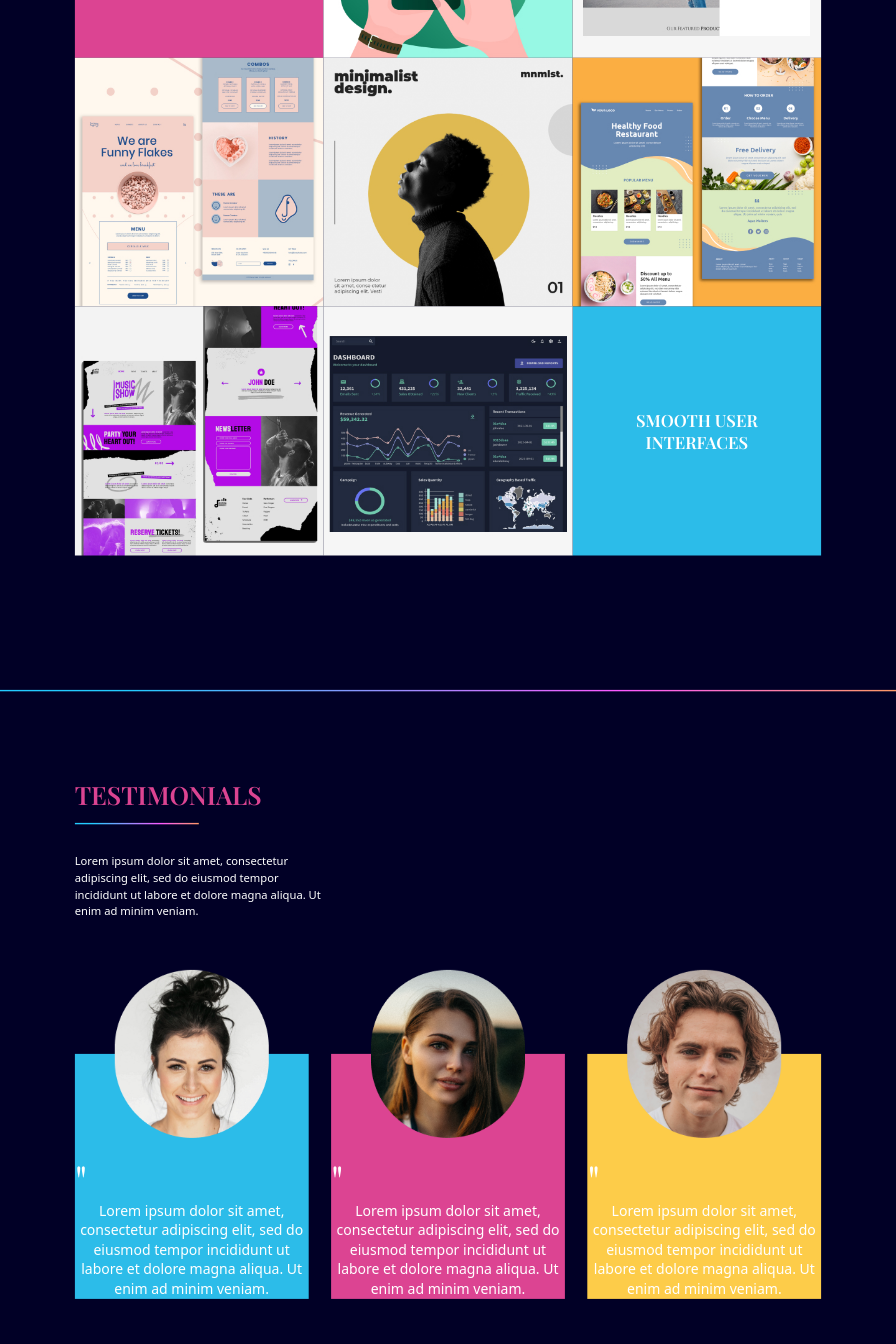
Repository: thibaultNicolas/portfolio-react
Page: /
The author's editor kept a copy of each file at every save. The page is drawn from the files as they stood at one save, then again after the next save.
The browser window is 1280 px wide. The pictures show the part of the page from y = 2251 to 4171 px (the page is 4171 px tall), at 70% of full size.
The project was rebuilt for these pictures with package versions that can differ from the ones it lists, and the page was loaded fresh each time. Also part of the build but not shown: next.config.ts.

Above is the page before, as saved 2023-01-08 12:06:45.

After the next save:
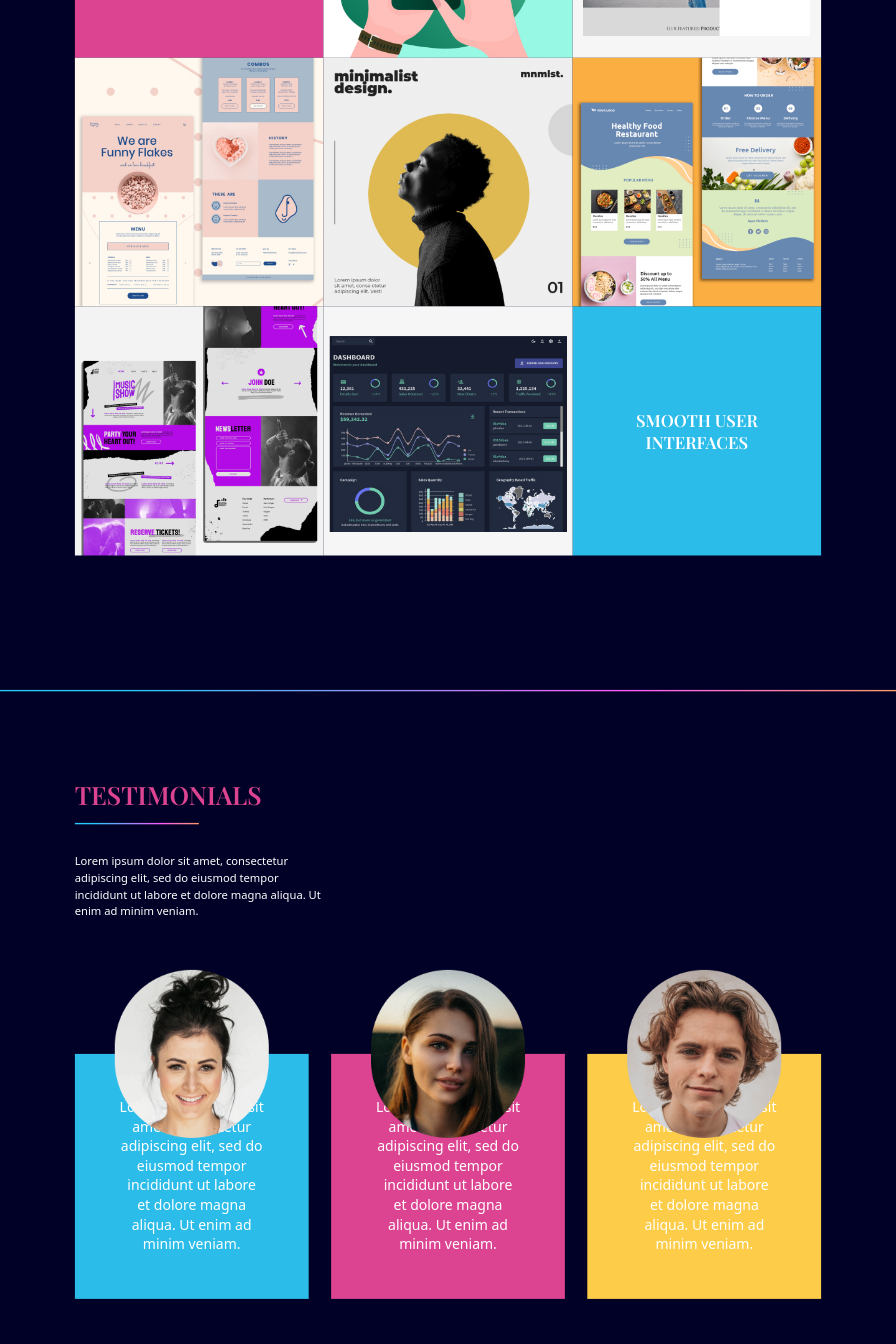
Saved 18 s later.
--- a/src/scenes/Testimonials.jsx
+++ b/src/scenes/Testimonials.jsx
@@ -2,7 +2,7 @@
 import { motion } from 'framer-motion';
 
 const Testimonials = () => {
-    const testimonialsStyles = `mx-auto relative max-w-[400px] h-[350px] flex flex-col justify-end pt-16 mt-48 before:absolute before:top-[-120px] before:-ml-[110px] before:left-1/2`;
+    const testimonialsStyles = `mx-auto relative max-w-[400px] h-[350px] flex flex-col justify-end p-16 mt-48 before:absolute before:top-[-120px] before:-ml-[110px] before:left-1/2`;
 
     return (
         <section id="testimonials" className="pt-32 pb-16">

After the 2 saves that followed:
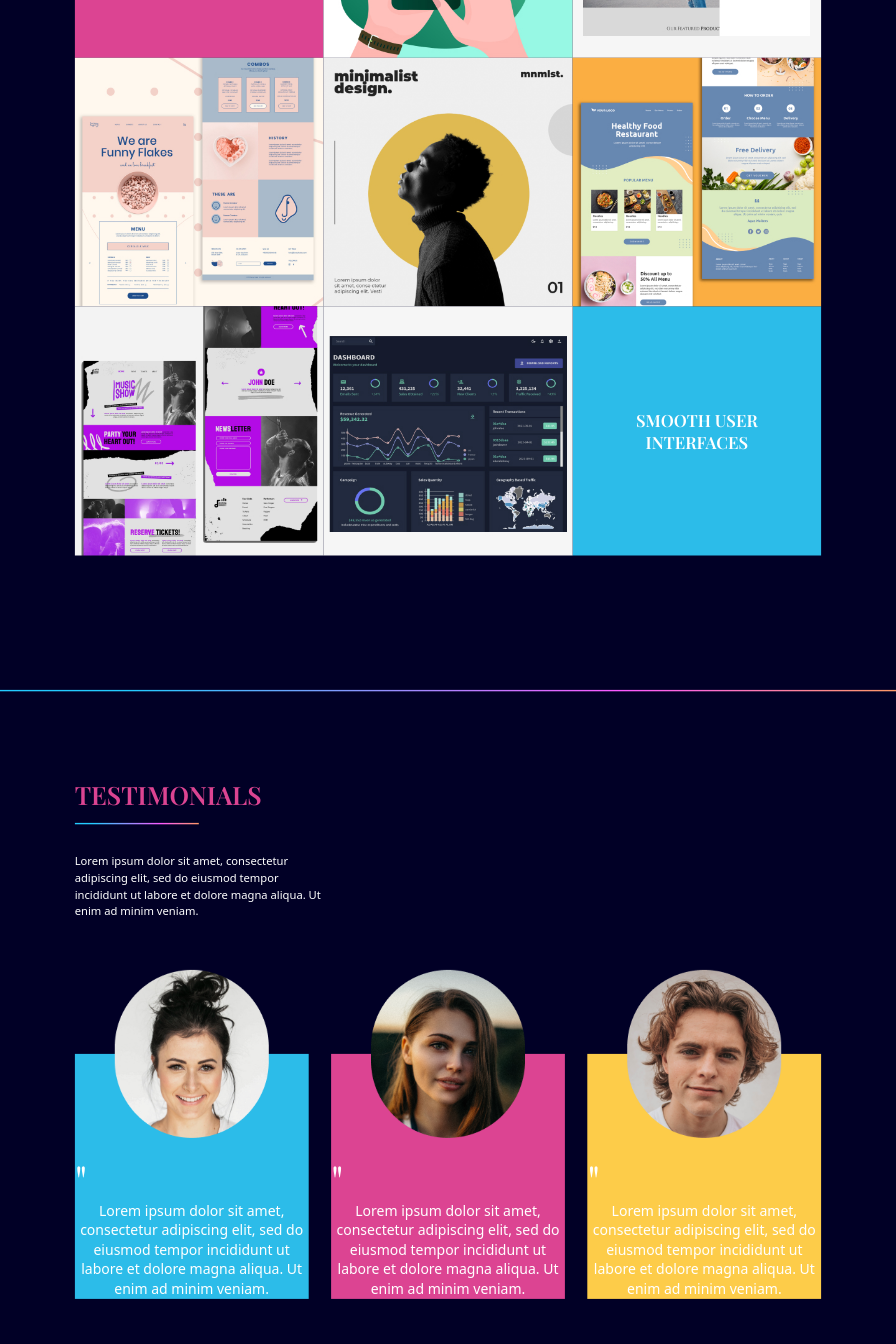
The 2 saves are shown as one change because they came seconds apart.
The last was saved 9 s later.
--- a/src/scenes/Testimonials.jsx
+++ b/src/scenes/Testimonials.jsx
@@ -2,7 +2,7 @@
 import { motion } from 'framer-motion';
 
 const Testimonials = () => {
-    const testimonialsStyles = `mx-auto relative max-w-[400px] h-[350px] flex flex-col justify-end p-16 mt-48 before:absolute before:top-[-120px] before:-ml-[110px] before:left-1/2`;
+    const testimonialsStyles = `mx-auto relative max-w-[400px] h-[350px] flex flex-col justify-end pt-16 mt-48 before:absolute before:top-[-120px] before:-ml-[110px] before:left-1/2`;
 
     return (
         <section id="testimonials" className="pt-32 pb-16">
